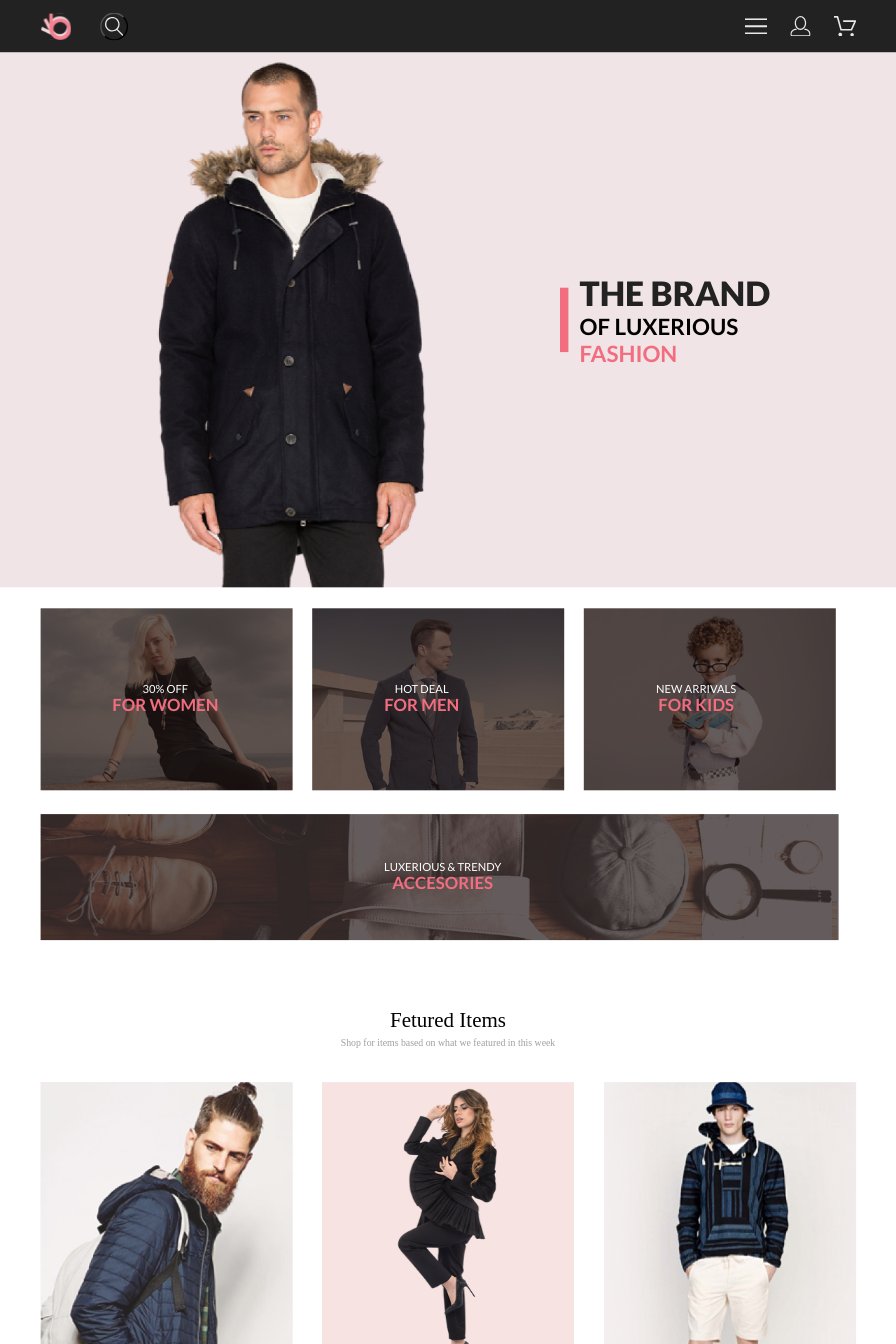
Repository: shtepaa/work-show-linkid
Page: les01/index.html
These files come from the project's save history. The page is drawn as it stood at one moment and after the next save; the edit follows.
The browser window is 1280 px wide. The pictures show the part of the page from y = 0 to 1920 px (the page is 3886 px tall), at 70% of full size.

Above is the page before, as saved 2022-02-15 12:11:53.

### les01/index.html
<!DOCTYPE html>
<html lang="en">
  <head>
    <meta charset="UTF-8" />
    <meta http-equiv="X-UA-Compatible" content="IE=edge" />
    <meta name="viewport" content="width=device-width, initial-scale=1.0" />
    <title>Brand</title>
    <link rel="shortcut icon" href="img/favicon.ico" type="image/x-icon" />
    <link rel="stylesheet" href="style.css" />
    <link rel="preconnect" href="https://fonts.googleapis.com" />
    <link rel="preconnect" href="https://fonts.gstatic.com" crossorigin />
    <link
      href="https://fonts.googleapis.com/css2?family=Lato:wght@700;400;900&display=swap"
      rel="stylesheet"
    />
  </head>
  <body>


        <header>
          <div class="container">
            <nav>
              <div class="flex-left">
                <img src="img/logo.svg" alt="logo" />
                <form class="searchBox">
                  <input
                    class="searchInput"
                    type="text"
                    name=""
                    placeholder="Search"
                  />
                  <button class="searchButton" href="#">
                    <img id="path" src="img/search.svg" alt="logo" />
                  </button>
                </form>
              </div>
              <div class="flex-right">
                <div class="mega-box"><img class="contact-img" src="img/menu.svg" alt="logo" />
                <div class="mega-item">

<div class="menu-box"><h3 class="menu-box--style">Menu</h3></div>
<details><summary>Man</summary>
<a class="mega-link" href="#">Accessories</a>
<a class="mega-link" href="#">Bags</a>
<a class="mega-link" href="#">Denim</a>
<a class="mega-link" href="#">T-Shirts</a>
</details>
<details><summary>WOMAN</summary>
  <a class="mega-link" href="#">Accessories</a>
  <a class="mega-link" href="#">Jackets & Coats</a>
  <a class="mega-link" href="#">Polos</a>
  <a class="mega-link" href="#">T-Shirts</a>
  </details>
  <details><summary>KIDS</summary>
    <a class="mega-link" href="#">Accessories</a>
    <a class="mega-link" href="#">Bags</a>
    <a class="mega-link" href="#">Denim</a>
    <a class="mega-link" href="#">T-Shirts</a>
    </details>



                </div>


                </div>
                <img class="contact-img" src="img/contact.svg" alt="logo" />
                <img src="img/shop.svg" alt="logo" />
              </div>
            </nav>
          </div>
        </header>
        <!-- Второй блок -->
        <div class="header-section">

          <!-- <div class="container"> -->

            <div class="header-cover">
              <div class="header-image">
              <img class="header-man"  src="img/man-new.png" alt="man" />
            </div>
            <div class="header-title">
              <div class="pink-line"></div>
              <div class="header-column">
                <h1>The brand</h1>
                <h2>of luxerious <span class="pink-word"> fashion</span></h2>
              </div>
            </div>
          </div>
          <!-- </div> -->


          </div>
        </div>
<!-- Третий блок -->
        <div class="container catalog-wrappet">
          <div class="catalog-block">
            <div class="catalog-project">
              <img
                class="catalog-image"
                src="img/catalog01.png"
                alt="catalog01"
              />
              <h2 class="catalog__text">
                30% off <span class="pink-word catalog-words"> for women</span>
              </h2>
            </div>
            <div class="catalog-project">
              <img
                class="catalog-image"
                src="img/catalog02.png"
                alt="catalog02"
              />
              <h2 class="catalog__text">
                hot deal <span class="pink-word catalog-words"> for men</span>
              </h2>
            </div>
            <div class="catalog-project">
              <img
                class="catalog-image"
                src="img/catalog03.png"
                alt="catalog03"
              />
              <h2 class="catalog__text">
                new arrivals
                <span class="pink-word catalog-words"> for kids</span>
              </h2>
            </div>
          </div>
          <div class="catalog-project parent">
            <img
              class="catalog-image"
              src="img/catalog04.png"
              alt="catalog04"
            />
            <h2 class="catalog__text down-parent">
              luxerious & trendy<span class="pink-word catalog-words">
                accesories</span
              >
            </h2>
          </div>
        </div>
        <!-- Четвертый блок -->
        <div class="container block-text">
          <h3 class="block-text--heading">Fetured Items</h3>
          <p class="block-text--section-text">
            Shop for items based on what we featured in this week
          </p>
        </div>
        <div class="container section-featured">
          <div class="featur_one">
            <a class="link-featur" href="#">
            <img class="featur-image"  src="img/feat01.png" alt="featur_one" /></a>
            <div class="featur-wrapper">
            <h3 class="featur-text">ELLERY X M'O CAPSULE</h3>
            <p class="featur-content">Known for her sculptural takes on traditional tailoring, Australian arbiter of cool Kym Ellery teams up with Moda Operandi.</p>
<span class="featur-price">$52.00</span></div>
          </div>
          <div class="featur_one">
            <a class="link-featur" href="#">
            <img src="img/feat02.png" alt="featur_one" /></a>
            <div class="featur-wrapper">
            <h3 class="featur-text">ELLERY X M'O CAPSULE</h3>
            <p class="featur-content">Known for her sculptural takes on traditional tailoring, Australian arbiter of cool Kym Ellery teams up with Moda Operandi.</p>
<span class="featur-price">$52.00</span></div>
          </div>
          <div class="featur_one">
            <a class="link-featur" href="#">
            <img src="img/feat03.png" alt="featur_one" /></a>
            <div class="featur-wrapper">
            <h3 class="featur-text">ELLERY X M'O CAPSULE</h3>
            <p class="featur-content">Known for her sculptural takes on traditional tailoring, Australian arbiter of cool Kym Ellery teams up with Moda Operandi.</p>
<span class="featur-price">$52.00</span></div>
          </div>
          <div class="featur_one">
            <a class="link-featur" href="#">
            <img src="img/feat04.png" alt="featur_one" /></a>
            <div class="featur-wrapper">
            <h3 class="featur-text">ELLERY X M'O CAPSULE</h3>
            <p class="featur-content">Known for her sculptural takes on traditional tailoring, Australian arbiter of cool Kym Ellery teams up with Moda Operandi.</p>
<span class="featur-price">$52.00</span></div>
          </div>
          <div class="featur_one">
            <a class="link-featur" href="#">
            <img src="img/feat05.png" alt="featur_one" /></a>
            <div class="featur-wrapper">
            <h3 class="featur-text">ELLERY X M'O CAPSULE</h3>
            <p class="featur-content">Known for her sculptural takes on traditional tailoring, Australian arbiter of cool Kym Ellery teams up with Moda Operandi.</p>
<span class="featur-price">$52.00</span></div>
          </div>
          <div class="featur_one">
            <a class="link-featur" href="#">
            <img src="img/feat06.png" alt="featur_one" /></a>
            <div class="featur-wrapper">
            <h3 class="featur-text">ELLERY X M'O CAPSULE</h3>
            <p class="featur-content">Known for her sculptural takes on traditional tailoring, Australian arbiter of cool Kym Ellery teams up with Moda Operandi.</p>
<span class="featur-price">$52.00</span></div>
          </div>

        </div>
        <div class="container browse-button">
          <a class="link-browse" href="#"> <h3 class="browse-button product-cart">Browse All Product</h3></a>

        </div>
<div class="section-icons">
  <div class="container wrapper-icons">
  <div class="first-icons">
    <img class="car-icons" src="img/car.svg" alt="car" />
    <h3 class="car-icons--text">Free Delivery</h3>
    <p class="car-icons--context">Worldwide delivery on all. Authorit tively morph next-generation innov tion with extensive models.</p>
  </div>
  <div class="first-icons">
    <img class="car-icons" src="img/discount.svg" alt="discount" />
    <h3 class="car-icons--text">Sales & discounts</h3>
    <p class="car-icons--context">Worldwide delivery on all. Authorit tively morph next-generation innov tion with extensive models.</p>
  </div>
  <div class="first-icons">
    <img class="car-icons" src="img/corona.svg" alt="corona" />
    <h3 class="car-icons--text">Quality assurance</h3>
    <p class="car-icons--context">Worldwide delivery on all. Authorit tively morph next-generation innov tion with extensive models.</p>
  </div>
</div>

</div>

<div class="quotes-section">
  <div class="container wrap-quotes">
  <div class="figure-box">
  <figure>
    <img class="figure-image" src="img/author.png" alt="author" />
    <figcaption>“Vestibulum quis porttitor dui! Quisque viverra nunc mi, a pulvinar purus condimentum“</figcaption>
  </figure></div>
  <div class="figure-box enter-mail">

    <h1 class="subscribe">SUBSCRIBE</h1>
    <h2 class="promotion">FOR OUR NEWLETTER AND PROMOTION</h2>
    <div class="subscribe-wrapper">

      <input type="email" name="email" class="subscribe-input" placeholder="Enter Your Email">
      <div class="submit-btn">SUBMIT</div>
    </div>


  </div>

</div>


      </div>
      <footer>
<div class="container footer-contant">
  <div class="copy-righ">
    <span class="copy-text">© 2021  Brand  All Rights Reserved.</span>
  </div>
  <div class="networks">
    <div class="insta instag-fig">

    </div>
    <div class="insta pint-fig"></div>
    <div class="insta last-fig"></div>
    <div class="insta "></div>
  </div>



</div>

      </footer>

  </body>
</html>

### les01/style.css
* {
  margin: 0;
  padding: 0;
}



header {
  background-color: #222;

  display: flex;
  height: 75px;
}
.header-section {
  background-color: #f1e4e6;
  /* display: flex; */
  height: 764px;
}
.container {
  margin: 0 auto;
  width: 1165px;
  display: flex;
}
.header-image {
  display: flex;
  /* background-repeat: no-repeat;
  -webkit-box-flex: 1;
  -ms-flex-positive: 1;
  flex-grow: 1; */

}
.header-man{
  /* display: flex; */
  /* display: block; */
  left: 0;
}
.header-title {
  /* width: 50%; */
  display: flex;
  flex-direction: row;
  align-items: center;
}
.header-column {
  display: flex;
  flex-direction: column;
  margin-left: 16px;
  text-transform: uppercase;
  font-family: "Lato", sans-serif;
}
h1 {
  font-weight: 900;
  font-size: 48px;
  line-height: 58px;
  color: #222;
}
h2 {
  font-weight: 700;
  font-size: 32px;
  line-height: 38px;
}
.pink-word {
  color: #f16d7f;
}
.pink-line {
  background-color: #f16d7f;
  height: 92px;
  width: 12px;
}
.header-cover {
  /* width: 100%; */
  display: flex;
  /* flex-direction: row; */
  justify-content: space-between;
  width: 1200px;
  /* margin: 0 auto; */
}

nav {
  justify-content: space-between;
  flex-direction: row;
  /* position: relative; */
  align-items: center;
  display: flex;
  height: 75px;
  width: 100%;
}
.flex-left {
  align-items: center;
  flex-direction: row;
  display: flex;
}

.contact-img {
  margin-right: 33px;
}
/* Меню бокс */
.mega-item {
  position: absolute;
  background-color: #fff;

  /* display: none; */
  padding: 37px 100px 79px 50px;
  display: none;
  margin-top: 23px;
  padding-bottom: 53px;
  /* margin-left: 155px; */
}
.mega-box {
  padding: 34px 0 30px 0;

}
.mega-box:hover .mega-item{
  display: block;
}
summary {
  display: block;
}

  summary::-webkit-details-marker {
  display: none;
}

summary {
  display: block;
  font-weight: 400;
  font-size: 14px;
  line-height: 17px;
  text-transform: uppercase;
  color: #f16d7f;
  padding-top: 20px;
  padding-bottom: 12px;
  font-family: "Lato", sans-serif;
  cursor: pointer;
}

  summary::-webkit-details-marker {
  display: none;
}

summary::before {
  content: '';
  padding-right: 0.5em;
}

details[open] > summary::before {
  content: '';
}

.menu-box--style {
  font-weight: 700;
  font-size: 14px;
  line-height: 17px;
  text-transform: uppercase;
  padding-bottom: 4px;
  font-family: "Lato", sans-serif;
}
/* .pink-box {

} */
.mega-link {
  font-family: "Lato", sans-serif;
  display: block;
  text-decoration: none;
  font-size: 14px;
  line-height: 17px;
  color: #6f6e6e;
  font-weight: 400;
  padding: 12px 0px 11px 15px;
}
.mega-link:hover{
  color: #F16D7F;
}
.flex-right {
  display: flex;
  align-items: center;
  position: relative;
  /* padding-bottom: 23px; */
}
img {
  cursor: pointer;
}

/* search form*/
form {
  margin-left: 41px;
}

.searchBox:hover > .searchInput {
  padding: 0 6px;
  width: 240px;
}

.searchBox:hover > .searchButton {
  background: #222;
  color: #2f3640;
}

.searchButton {
  justify-content: center;
  align-items: center;
  background: #222;
  border-radius: 50%;
  color: white;
  float: right;
  width: 40px;
  height: 40px;
  display: flex;
  transition: 0.4s;
}

.searchInput {
  border: none;
  background: none;
  outline: none;
  float: left;
  padding: 0;
  color: white;
  font-size: 16px;
  transition: 0.4s;
  line-height: 40px;
  width: 0px;
}

@media screen and (max-width: 620px) {
  .searchBox:hover > .searchInput {
    width: 150px;
    padding: 0 6px;
  }
}

/* Третий блок */

.catalog-wrappet {
  display: flex;
  /* flex-direction: row; */
  flex-wrap: wrap;
  justify-content: space-between;
  max-width: 1165px;
  margin: 0 auto;
}
.catalog-project {
  margin-top: 30px;
  position: relative;
  flex-grow: 1;
}
/* .catalog-image:last-of-type {
  width: 100%;

} */
.catalog__text {
  position: absolute;
  display: block;
  z-index: 100;
  left: 103px;
  top: 105px;
  box-sizing: border-box;
  font-size: 16px;
  line-height: 19px;
  text-align: center;
  font-family: Lato;
  color: #fff;
  text-transform: uppercase;
  font-weight: 400;
  display: flex;
  flex-direction: column;
  /* left: 0; */
}
.catalog-words {
  font-size: 24px;
  line-height: 28px;
  text-align: center;
  font-family: "Lato", sans-serif;
  font-weight: 700;
}
.catalog-block {
  display: flex;
  justify-content: space-between;
  flex-direction: row;
  width: 100%;
}
.parent {
  display: flex;
  width: 100%;
  /* justify-content: space-between; */
}
.down-parent {
  left: 491px;
  top: 65px;
}
/* Четвертый блок */
.block-text {
  padding-top: 96px;
  display: flex;
  flex-direction: column;
  box-sizing: content-box;
  align-items: center;
}
.block-text--heading {
  font-weight: normal;
  font-size: 30px;
  line-height: 36px;
}
.block-text--section-text {
  padding-top: 6px;
  font-weight: normal;
  font-size: 14px;
  line-height: 17px;
  color: #9f9f9f;
}
/* Пятый блок */
.section-featured{
  max-width: 1165px;
  display: flex;
  flex-direction: row;
  flex-wrap: wrap;
  padding-top: 18px;
  justify-content: space-between;
}
.featur_one{
  display: flex;
  flex-direction: column;
  max-width: 360px;
  background-color: #F8F8F8;
  margin-top: 30px;
}
.featur-text{
  margin-top: 25px;
  font-size: 13px;
line-height: 16px;
font-family: "Lato", sans-serif;
font-weight: 400;
}
.featur-content{
  color: #5D5D5D;
  font-weight: 300;
font-size: 14px;
line-height: 17px;
font-family: "Lato", sans-serif;
padding-top: 12px;
}
.featur-price{
  color:  #F16D7F;
  font-size: 16px;
line-height: 19px;
font-weight: 400;
padding-top: 18px;
}
.featur-wrapper{
  padding-left: 18px;
  padding-bottom: 20px;
  display: flex;
  flex-direction: column;
}
.browse-button{
  /* align-items: center; */
  /* display: block; */
  max-width: 1165px;
  display: flex;
  justify-content: center;
  margin-top: 63px;

}
.link-browse{
  text-decoration: none;
}
.product-cart{
  color: #fff;
  border: 1px solid #FF6A6A;
  box-sizing: border-box;
  align-items: center;
  width: 211px;
  padding: 15px 38px;
  font-size: 16px;
line-height: 19px;
font-weight: 400;
background-color: #F16D7F;
}
/* конец кнопки */
.section-icons {
  background-color: #222224;
  display: flex;
  height: 341px;

  /* justify-content: space-between; */
  margin-top: 95px;
}
.first-icons{
  display: flex;
  flex-direction: column;
  max-width: 343px;
  justify-content: center;
  align-items: center;
  text-align: center;


}
.car-icons{
  width: 44px;
  height: 31px;
  padding-top: 103px;
  padding-bottom: 28px;
}
.wrapper-icons{
  max-width: 1165px;
  display: flex;
  flex-direction: row;
  justify-content: space-between;
}
.car-icons--context{
  padding-top: 16px;
  font-weight: 300;
font-size: 13.972px;
line-height: 17px;
color: #FBFBFB;
padding-bottom: 104px;
}
.car-icons--text{
  font-size: 19.96px;
line-height: 24px;
color: #FBFBFB;
font-weight: 400;
}
/* Квотес секция */
.quotes-section{
  background-image: url(img/photo-subscribe.png );
  height: 448px;
  background-repeat: no-repeat;
  background-size: 100%;

}
.wrap-quotes{
  display: flex;
  flex-direction: row;
  max-width: 1165px;
  justify-content: space-between;

}
.figure-box{
  display: flex;
  flex-direction: column;
  width: 343px;
  justify-content: center;
  /* align-items: center; */
  text-align: center;

}
.figure-image{
  width: 96px;
  height: 96px;
  padding-top: 97px;
}
figcaption{
  padding-top: 30px;
  font-size: 20px;
line-height: 24px;
font-weight: 400;
font-family: "Lato", sans-serif;
color: #222224;

}
.subscribe{
  font-family: "Lato", sans-serif;
  font-weight: 700;
  font-size: 24px;
  line-height: 37px;
  padding-top: 150px;
}
.promotion{
  font-family: "Lato", sans-serif;
  font-weight: 400;
  font-size: 18px;
  line-height: 30px;
}
.enter-mail{
  width: 557px;
}
.subscribe-wrapper{
  display: flex;
  justify-content: center;
  margin-top: 39px;

  border-radius: 10px;
  width: 356px;
  margin: 0 auto;
  padding-top: 32px;
}
.subscribe-input{
width: 256px;
border-radius: 30px;
  border-bottom-right-radius: 0;
  border-top-right-radius: 0;
  border-color: #E1E1E1;
  background-color: #E1E1E1;
}
.submit-btn{
  width: 100px;
  border-radius: 30px;
  border-bottom-left-radius: 0;
  border-top-left-radius: 0;
  background-color: #E05C6E;
  height: 49px;
  color: #fff;
  text-align: center;
  align-items: center;
  font-size: 14px;
line-height: 17px;
display: flex;
font-weight: 400;
padding: 10px;
}
::placeholder{
  padding-left: 22px;
  padding-top: 7px;
  padding-bottom: 6px;
  font-size: 14px;
line-height: 17px;
opacity: 0.67;
color: #222224;
}
footer{
  height: 79px;
  background-color: #222224;
  display: flex;
}
.footer-contant{
  display: flex;
  flex-direction: row;
  max-width: 1165px;
  align-items: center;
  justify-content: space-between;
}
.copy-text{
  padding-top: 30px;
  font-size: 16px;
line-height: 19px;
font-weight: 400;
color: #FBFBFB;
}
.networks{
  display: flex;
  flex-direction: row;


}
.insta{
  height: 32px;
  width: 31px;
  background-color: #fff;
  display: flex;

}
.last-fig{
  margin-right: 7px;
}
.pint-fig{
  margin-right: 7px;
}
.instag-fig{
  margin-right: 7px;
}
.insta:hover{
  background-color: #E05C6E;

}

### les01/img/search.svg
<svg width="27" height="28" viewBox="0 0 27 28" fill="#E8E8E8" xmlns="http://www.w3.org/2000/svg" id="path">
<path d="M19.0596 17.6259C20.6713 15.8658 21.6282 13.6048 21.7698 11.2225C21.9113 8.84018 21.2288 6.48173 19.8369 4.54318C18.445 2.60463 16.4285 1.20404 14.126 0.576619C11.8234 -0.0508009 9.3751 0.13316 7.19217 1.09761C5.00923 2.06205 3.22463 3.74825 2.13804 5.87302C1.05145 7.9978 0.729054 10.4318 1.225 12.7661C1.72094 15.1005 3.00501 17.1932 4.86158 18.6927C6.71814 20.1922 9.03413 21.0072 11.4206 21.0009C13.673 21.004 15.8645 20.27 17.6606 18.9109L25.4086 26.7179C25.4941 26.807 25.5965 26.8781 25.7099 26.927C25.8232 26.9759 25.9452 27.0017 26.0686 27.0029C26.1923 27.0033 26.3148 26.9782 26.4283 26.9292C26.5419 26.8801 26.6441 26.8082 26.7286 26.7179C26.9025 26.537 26.9997 26.2958 26.9997 26.0449C26.9997 25.794 26.9025 25.5528 26.7286 25.3719L19.0596 17.6259ZM2.88662 10.5009C2.89946 8.81563 3.41094 7.17187 4.35659 5.77685C5.30224 4.38183 6.63972 3.29801 8.20044 2.662C9.76115 2.02599 11.4752 1.86627 13.1266 2.20298C14.7779 2.53969 16.2926 3.35775 17.4797 4.55404C18.6668 5.75033 19.4732 7.27129 19.7972 8.92519C20.1212 10.5791 19.9483 12.2919 19.3002 13.8476C18.6522 15.4034 17.5581 16.7325 16.1559 17.6674C14.7536 18.6023 13.1059 19.1011 11.4206 19.1009C9.14916 19.0901 6.97482 18.1784 5.37484 16.566C3.77486 14.9537 2.87998 12.7724 2.88662 10.5009Z" fill="#E8E8E8"/>
</svg>

Loaded but not shown: les01/img/car.svg (3 lines, source omitted)

After the next save:
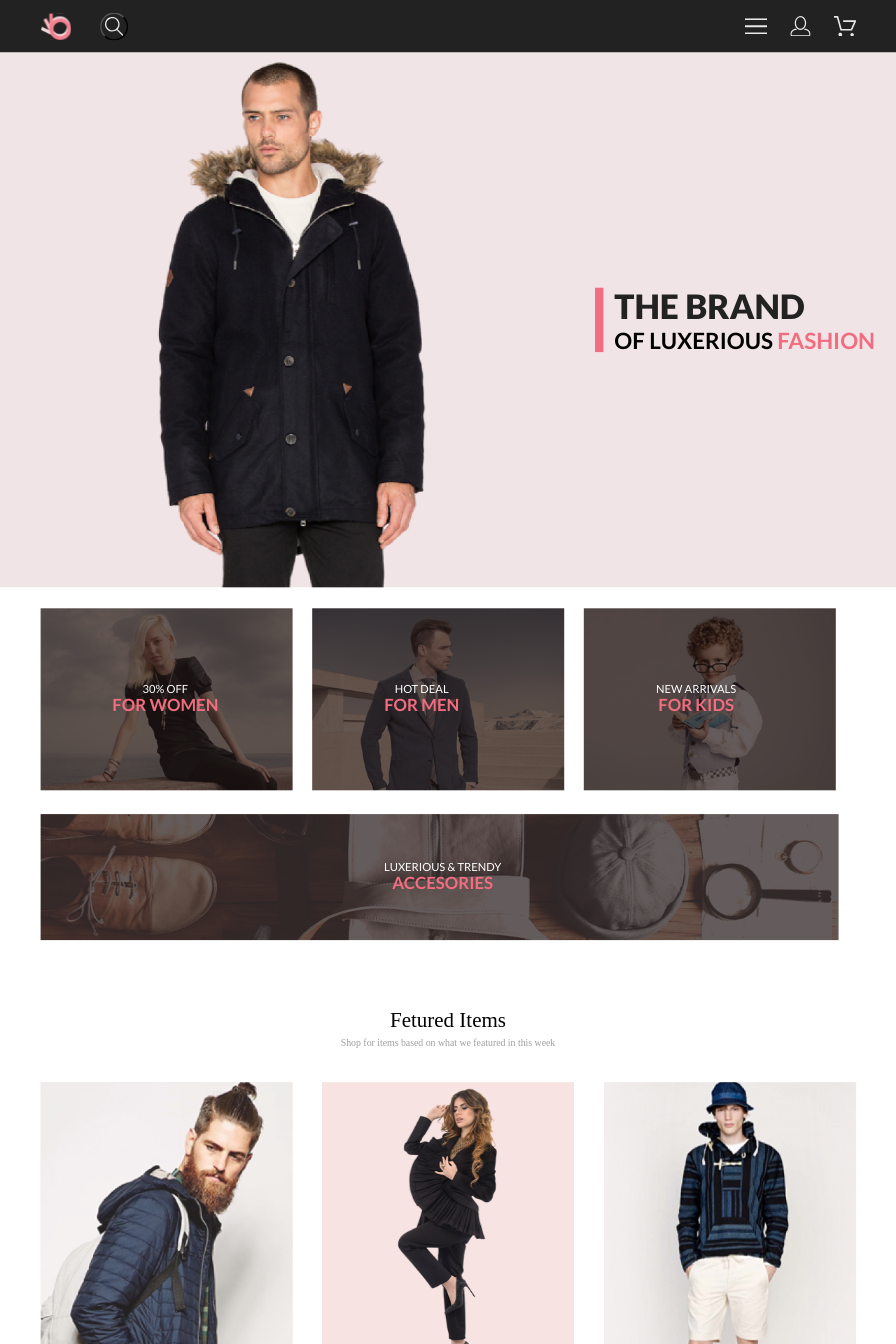
Saved 16 s later.
--- a/les01/style.css
+++ b/les01/style.css
@@ -71,7 +71,7 @@ h2 {
   display: flex;
   /* flex-direction: row; */
   justify-content: space-between;
-  width: 1200px;
+  width: 1250px;
   /* margin: 0 auto; */
 }
 
